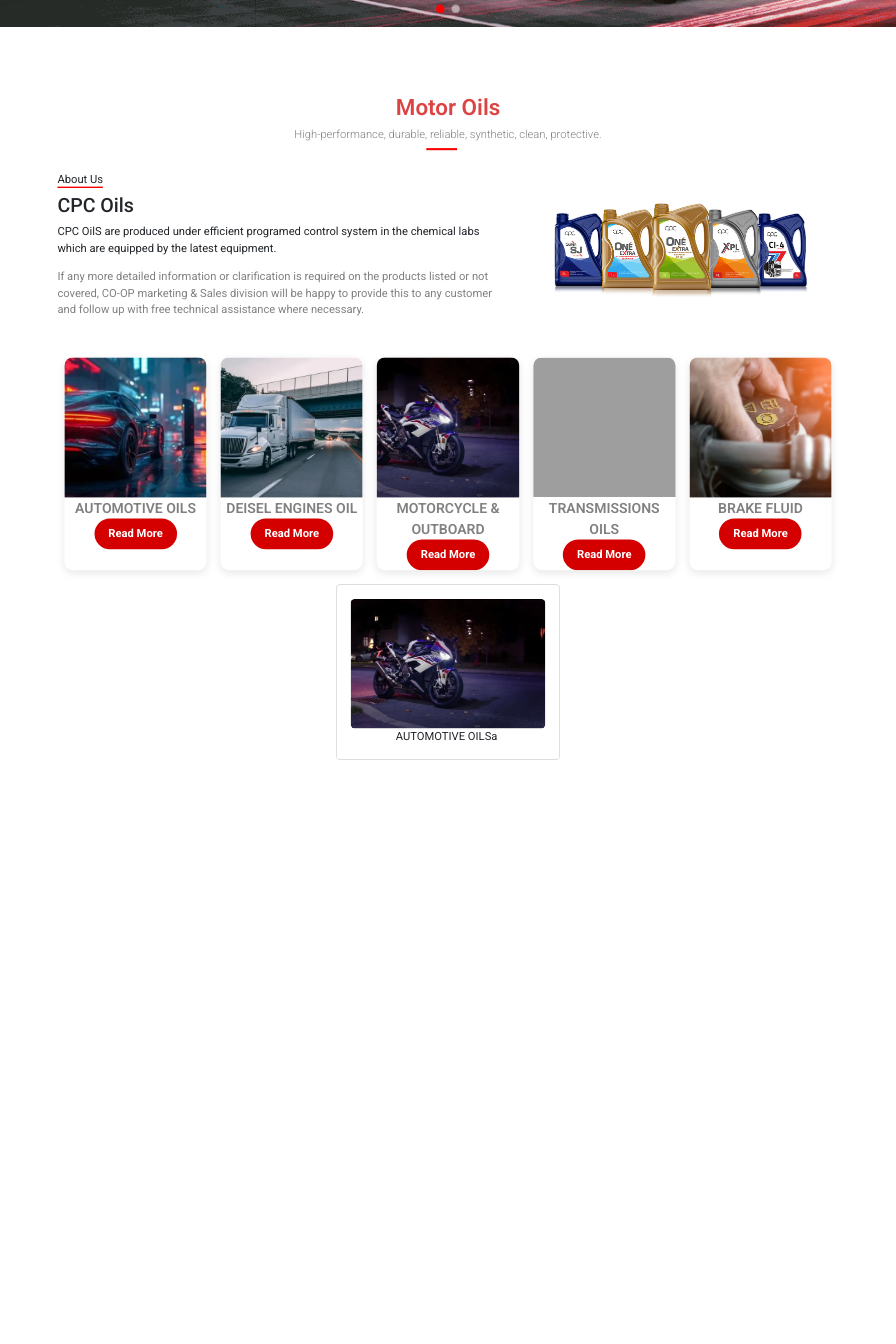
Repository: bodajava/CPC_1
Page: index.html
An editor plug-in stored every save of this project. The page is shown before and after the next save, followed by the edit.
The browser window is 1280 px wide. The pictures show the part of the page from y = 681 to 2601 px (the page is 2880 px tall), at 70% of full size.
Pictures or frames that could not be fetched are drawn as grey boxes. Some web libraries are served in a nearby version.

Above is the page before, as saved 2025-07-07 23:32:19.

### index.html
<!DOCTYPE html>
<html lang="en">
  <head>
    <link rel="preconnect" href="https://fonts.googleapis.com" />
    <link rel="preconnect" href="https://fonts.gstatic.com" crossorigin />
    <link
      href="https://fonts.googleapis.com/css2?family=Roboto:ital,wght@0,100..900;1,100..900&display=swap"
      rel="stylesheet"
    />
    <link rel="stylesheet" href="css/style.css" />
    <link
      rel="stylesheet"
      href="node_modules/@fortawesome/fontawesome-free/css/all.min.css"
    />
    <link
      rel="stylesheet"
      href="node_modules/bootstrap/dist/css/bootstrap.min.css"
    />
    <meta charset="UTF-8" />
    <meta name="viewport" content="width=device-width, initial-scale=1.0" />
    <title>Document</title>
  </head>
  <body>
    <section id="Home" class="Home">
      <header>
        <!-- ============================header section================================== -->
        <div class="header-img">
          <div class="bg-slide"></div>

          <button id="prev" class="slider-arrow left">
            <i class="fas fa-chevron-left"></i>
          </button>
          <button id="next" class="slider-arrow right">
            <i class="fas fa-chevron-right"></i>
          </button>

          <div class="slider-dots">
            <span class="dot active" data-index="0"></span>
            <span class="dot" data-index="1"></span>
          </div>
        </div>
        <div class="slider-icon"></div>
      </header>

      <!-- =================================Home section======================================== -->
      <nav
        style="background-color: #00000091 !important"
        id="mainNavbar"
        class="navbar navbar-expand-lg bg-body-tertiary rounded-start-5 rounded-end-5"
      >
        <div class="container">
          <a class="navbar-brand" href="#">
            <img class="w-75 pe-5" src="img/logo.png" alt="" />
          </a>
          <button
            class="navbar-toggler"
            type="button"
            data-bs-toggle="collapse"
            data-bs-target="#navbarSupportedContent"
            aria-controls="navbarSupportedContent"
            aria-expanded="false"
            aria-label="Toggle navigation"
          >
            <span style="color: red !important" class="navbar-toggler-icon"
              ><i class=""></i
            ></span>
          </button>
          <div class="collapse navbar-collapse" id="navbarSupportedContent">
            <ul
              id="color-url"
              class="navbar-nav ml-auto mb-2 mb-lg-0 custom-nav"
            >
              <li class="nav-item">
                <a class="nav-link active me-2" href="#">Home</a>
              </li>

              <li class="nav-item">
                <a class="nav-link me-2" href="#Motor-Oils">Motor Oils</a>
              </li>
              <li class="nav-item">
                <a class="nav-link me-2" href="#">Industrial Lubricants</a>
              </li>
              <li class="nav-item">
                <a class="nav-link me-2" href="#">Chemicals</a>
              </li>
              <li class="nav-item">
                <a class="nav-link me-2" href="#">Bunkerings</a>
              </li>
              <li class="nav-item">
                <a class="nav-link me-2" href="#">Wayak</a>
              </li>

              <li class="nav-item">
                <a class="nav-link" href="#">About Us</a>
              </li>
              <li class="nav-item">
                <a class="nav-link me-2" href="#">Fuel Stations</a>
              </li>
            </ul>
          </div>
        </div>
      </nav>
    </section>

    <section class="pt-5" id="Motor-Oils">
      <div class="container">
        <div class="fonts">
          <div class="text-center pt-5 etxt foooont">
            <h2 class="h1-fonts">Motor Oils</h2>
            <p class="undeline_text text">
              High-performance, durable, reliable, synthetic, clean, protective.
            </p>
          </div>
        </div>

        <div class="row align-items-center mt-4">
          <!-- النص -->
          <div class="col-md-7">
            <div class="about-info">
              <div class="section-titel">
                <p class="mb-2 undeline_text-2">About Us</p>
                <h3 class="paragraoh">CPC Oils</h3>
              </div>
              <p class="paragraoh">
                CPC OilS are produced under efficient programed control system
                in the chemical labs which are equipped by the latest equipment.
              </p>
              <p style="color: gray" class="paragraoh">
                If any more detailed information or clarification is required on
                the products listed or not covered, CO-OP marketing & Sales
                division will be happy to provide this to any customer and
                follow up with free technical assistance where necessary.
              </p>
            </div>
          </div>

          <!-- الصورة -->
          <div class="col-md-5 text-center">
            <img
              class="w-100"
              src="img/1718957243_motor-oils.jpg"
              alt="Motor Oils"
            />
          </div>

          <div class="card-wrapper">
            <!-- Card 1 -->
            <div class="custom-card">
              <img
                src="img/electric-sports-car-charging-at-night-in-the-rain-photo.webp"
                alt="Chiropratic Therapy"
                class="card-img"
              />
              <div class="card-body">
                <p style="color: gray" class="card-title">AUTOMOTIVE OILS</p>

                <a href="#" class="card-btn">Read More</a>
              </div>
            </div>

            <div class="custom-card">
              <img
                src="img/18-wheeler-truck-on-road-at-night.webp"
                alt="Chiropratic Therapy"
                class="card-img"
              />
              <div class="card-body">
                <p style="color: gray" class="card-title">DEISEL ENGINES OIL</p>

                <a href="#" class="card-btn">Read More</a>
              </div>
            </div>

            <div class="custom-card">
              <img
                src="img/wp12411162.webp"
                alt="Chiropratic Therapy"
                class="card-img"
              />
              <div class="card-body">
                <p style="color: gray" class="card-title">
                  MOTORCYCLE & OUTBOARD
                </p>

                <a href="#" class="card-btn">Read More</a>
              </div>
            </div>

            <div class="custom-card">
              <img
                src="img/automatic-car-transmission-new-modern-52225670.webp"
                alt="Chiropratic Therapy"
                class="card-img"
              />
              <div class="card-body">
                <p style="color: gray" class="card-title">TRANSMISSIONS OILS</p>

                <a href="#" class="card-btn">Read More</a>
              </div>
            </div>

            <div class="custom-card">
              <img
                src="img/Screenshot_4[6].webp"
                alt="Chiropratic Therapy"
                class="card-img"
              />
              <div class="card-body">
                <p style="color: gray" class="card-title">BRAKE FLUID</p>

                <a href="#" class="card-btn">Read More</a>
              </div>
            </div>

            <div class="card">
              <img class="w-100 rounded-2" src="img/wp12411162.webp" alt="" />

              <div class="footer text-center">AUTOMOTIVE OILSa</div>
            </div>
          </div>
        </div>
      </div>
    </section>

    <script src="js/index.js"></script>
    <script src="node_modules/bootstrap/dist/js/bootstrap.bundle.js"></script>
  </body>
</html>

### css/style.css
/* ========== Reset ========== */
* {
  padding: 0;
  margin: 0;
  box-sizing: border-box;
  font-family: Roboto, -apple-system, BlinkMacSystemFont, "Segoe UI",
    "Helvetica Neue", Arial, sans-serif, "Apple Color Emoji", "Segoe UI Emoji",
    "Segoe UI Symbol";
}
body {
  height: 400vh;
}

html {
  scroll-behavior: smooth;
}

/* ========== Header Image Section ========== */
.header-img {
  height: 100vh;
  position: relative;
  overflow: hidden;
  z-index: 1;
}

/* عنصر داخلي لتغيير الخلفية تدريجيًا */
.bg-slide {
  position: absolute;
  top: 0;
  left: 0;
  width: 100%;
  height: 100%;
  background-size: cover;
  background-position: center;
  background-repeat: no-repeat;
  transition: opacity 0.8s ease-in-out;
  opacity: 1;
  z-index: 0;
}

/* ========== Navbar ========== */
#mainNavbar {
  position: fixed;
  top: 0;
  left: 0;
  width: 100%;
  z-index: 10;
  transition: background-color 0.5s ease-in-out;
}

#color-url li a {
  color: white !important;
  font-size: 15px;
  line-height: 27px;
  font-weight: 400;
  font-family: var(--font-family);
}

.ml-auto {
  margin-left: auto !important;
}

/* تأثير hover و active */
#color-url .nav-link {
  color: white !important;
  border: 2px solid transparent;
  border-radius: 30px;
  transition: all 0.3s ease;
}

#color-url .nav-link:hover,
#color-url .nav-link.active {
  border: 2px solid #ff0000a5 !important;
  color: #ff0000c3 !important;
}

/* Navbar Toggler Button */
.navbar-toggler {
  border: none;
  background: transparent;
  width: 50px;
  height: 50px;
  display: flex;
  align-items: center;
  justify-content: center;
  border-radius: 50%;
  transition: all 0.3s ease;
}

/* Responsive Navbar */
@media (max-width: 991.98px) {
  #color-url .nav-link {
    display: block;
    width: 100%;
    text-align: center;
    padding: 14px 0 !important;
    border: 2px solid transparent;
    border-radius: 30px;
    color: white !important;
    transition: all 0.3s ease;
  }

  #color-url .nav-link:hover,
  #color-url .nav-link.active {
    border: 2px solid #e92020 !important;
    color: #d51c1c !important;
    background-color: rgba(233, 32, 32, 0.1);
  }

  .custom-nav .nav-item {
    border-bottom: 1px solid rgba(255, 255, 255, 0.08);
  }

  .custom-nav .nav-item:last-child {
    border-bottom: none;
  }
}

/* ========== Slider Arrows ========== */
.slider-arrow {
  position: absolute;
  top: 50%;
  transform: translateY(-50%);
  background: rgba(255, 255, 255, 0.6);
  border: none;
  font-size: 25px;
  color: #333;
  width: 45px;
  height: 45px;
  display: flex;
  align-items: center;
  justify-content: center;
  cursor: pointer;
  z-index: 2;
  border-radius: 50%;
  box-shadow: 0 4px 6px rgba(0, 0, 0, 0.2);
  transition: 0.3s;
}

.slider-arrow:hover {
  background: rgba(255, 255, 255, 0.8);
}

.slider-arrow.left {
  left: 20px;
}

.slider-arrow.right {
  right: 20px;
}

/* ========== Slider Dots ========== */
.slider-dots {
  position: absolute;
  bottom: 20px;
  left: 50%;
  transform: translateX(-50%);
  display: flex;
  gap: 10px;
  z-index: 2;
}

.dot {
  width: 12px;
  height: 12px;
  background-color: #fff;
  border-radius: 50%;
  opacity: 0.5;
  cursor: pointer;
  transition: 0.3s;
}

.dot.active {
  opacity: 1;
  background-color: red;
}

/* ================== Search Section Styling ================== */

.form-select {
  max-width: 600px;
  padding: 12px 20px;
  border-radius: 30px;
  border: 1px solid #ccc;
  font-size: 16px;
  font-family: "Roboto", sans-serif;
  background-color: white;
  color: #333;
  box-shadow: 0 4px 10px rgba(0, 0, 0, 0.1);
  transition: border-color 0.3s ease, box-shadow 0.3s ease;
  appearance: none;
  background-image: url("data:[embedded picture, 312 characters]");
  background-repeat: no-repeat;
  background-position: right 1.5rem center;
  background-size: 12px;
}

/* Hover & Focus */
.form-select:focus {
  border-color: #e92020;
  box-shadow: 0 0 0 3px rgba(233, 32, 32, 0.2);
  outline: none;
}

.h1-fonts {
  font-weight: 600 !important;
  color: #d51c1cd2;
  font-family: var(--font-family);
}

.undeline_text {
  position: relative;
  display: inline-block;
}

.undeline_text::after {
  content: "";
  position: absolute;
  left: 43%;
  bottom: -10px;
  width: 10%;
  height: 3px;
  background-color: #ff0000;
  display: flex;
}

.text {
  font-weight: 340;
  color: gray;
  font-family: var(--font-family);
}

.undeline_text-2 {
  position: relative;
  display: inline-block;
}

.undeline_text-2::after {
  content: "";
  position: absolute;
  left: 0;
  bottom: 0;
  width: 100%;
  height: 2px;
  background-color: #ff0000;
  display: flex;
}

.paragraoh {
  font-family: var(--font-family);
}

.card-container {
  display: flex;
  justify-content: center;
  align-items: center;
  padding: 40px 20px;
}

/* The card itself */
.custom-card {
  max-width: 350px;
  background-color: #ffffff;
  border-radius: 15px;
  overflow: hidden;
  box-shadow: 0 5px 20px rgba(0, 0, 0, 0.1);
  transition: 0.3s ease-in-out;
}

.custom-card:hover {
  transform: translateY(-5px);
}

/* Card image */
.card-img {
  width: 100%;
  height: auto;
  display: block;
}

/* Body content */
.card-body {
  padding: 20px;
  text-align: center;
}

.card-title {
  font-size: 1.2rem;
  color: #002244;
  margin-bottom: 10px;
}

.card-text {
  color: #666;
  font-size: 0.95rem;
  line-height: 1.5;
  margin-bottom: 20px;
}

/* Button */
.card-btn {
  display: inline-block;
  background-color: #17c7e0;
  color: white;
  text-decoration: none;
  padding: 10px 25px;
  border-radius: 50px;
  font-weight: bold;
  transition: background-color 0.3s ease;
}

.card-btn:hover {
  background-color: #139db5;
}

.card-wrapper {
  display: flex;
  flex-wrap: wrap;
  gap: 20px;
  justify-content: center;
  padding: 40px 20px;
}

.custom-card {
  background-color: #fff;
  border-radius: 12px;
  box-shadow: 0 4px 12px rgba(0, 0, 0, 0.1);
  overflow: hidden;
  transition: transform 0.3s ease;
  width: calc(20% - 20px); /* 5 cards per row */
  display: flex;
  flex-direction: column;
}

.custom-card:hover {
  transform: translateY(-5px);
}

.card-img {
  width: 100%;
  height: 200px;
  object-fit: cover;
}

.card-body {
  padding: 15px;
  text-align: center;
}

.card-title {
  font-size: 20px;
  font-weight: 600;
  margin-bottom: 10px;
  color: #003049;
}

.card-text {
  font-size: 0.9rem;
  color: #555;
  margin-bottom: 15px;
}

.card-btn {
  background-color: #d40000;
  color: white;
  padding: 10px 20px;
  border-radius: 25px;
  text-decoration: none;
  display: inline-block;
  transition: background-color 0.3s ease;
}

.card-btn:hover {
  background-color: #a70000;
}

@media (max-width: 1200px) {
  .custom-card {
    width: calc(25% - 20px); /* 4 cards per row */
  }
}

@media (max-width: 992px) {
  .custom-card {
    width: calc(33.33% - 20px); /* 3 cards per row */
  }
}

@media (max-width: 768px) {
  .custom-card {
    width: calc(50% - 20px); /* 2 cards per row */
  }
}

@media (max-width: 576px) {
  .custom-card {
    width: 100%; /* 1 card per row */
  }
}
.card {
  width: 320px;
  height: 350px;
  padding: 20px;
  color: white;
  background: transparent;
  border: 2px solid #ff6b00;
  display: flex;
  flex-direction: column;
  cursor: pointer;
  transform-origin: center center;
  transition: all 0.6s cubic-bezier(0.175, 0.885, 0.32, 1.275);
}

.card .main-content {
  flex: 1;
}

.header {
  margin-bottom: 24px;
}

.card .heading {
  font-size: 32px;
  font-weight: 400;
  line-height: 1.2;
}

.card .footer {
  font-weight: 400;
  margin-right: 4px;
}

.card:hover {
  border-radius: 12px;
  background-color: #ff00008f;
  scale: 0.95;
  rotate: 8deg;
  box-shadow: 0px 3px 187.5px 7.5px rgba(255, 107, 0, 0.4);
}

### js/index.js
const images = [
  "img/1739020009_iii%20copy.png",
  "img/1739296959_476190554_122110456322727096_4814193811120753855_n.jpg",
];

let currentIndex = 0;
const bgSlide = document.querySelector(".bg-slide");
const dots = document.querySelectorAll(".dot");

function showImage(index) {
  // Fade out
  bgSlide.style.opacity = 0;

  setTimeout(() => {
    // تغيير الخلفية بعد fade
    bgSlide.style.backgroundImage = `url(${images[index]})`;

    // Fade in
    bgSlide.style.opacity = 1;

    // تحديث النقاط
    dots.forEach((dot) => dot.classList.remove("active"));
    document
      .querySelector(`.dot[data-index="${index}"]`)
      .classList.add("active");
  }, 400);
}

document.getElementById("next").addEventListener("click", () => {
  currentIndex = (currentIndex + 1) % images.length;
  showImage(currentIndex);
});

document.getElementById("prev").addEventListener("click", () => {
  currentIndex = (currentIndex - 1 + images.length) % images.length;
  showImage(currentIndex);
});

dots.forEach((dot) => {
  dot.addEventListener("click", () => {
    currentIndex = parseInt(dot.dataset.index);
    showImage(currentIndex);
  });
});

// Initial load
showImage(currentIndex);

setInterval(() => {
  currentIndex = (currentIndex + 1) % images.length;
  showImage(currentIndex);
}, 5000);

Loaded but not shown: node_modules/@fortawesome/fontawesome-free/css/all.min.css (library); node_modules/bootstrap/dist/css/bootstrap.min.css (library)

After the next save:
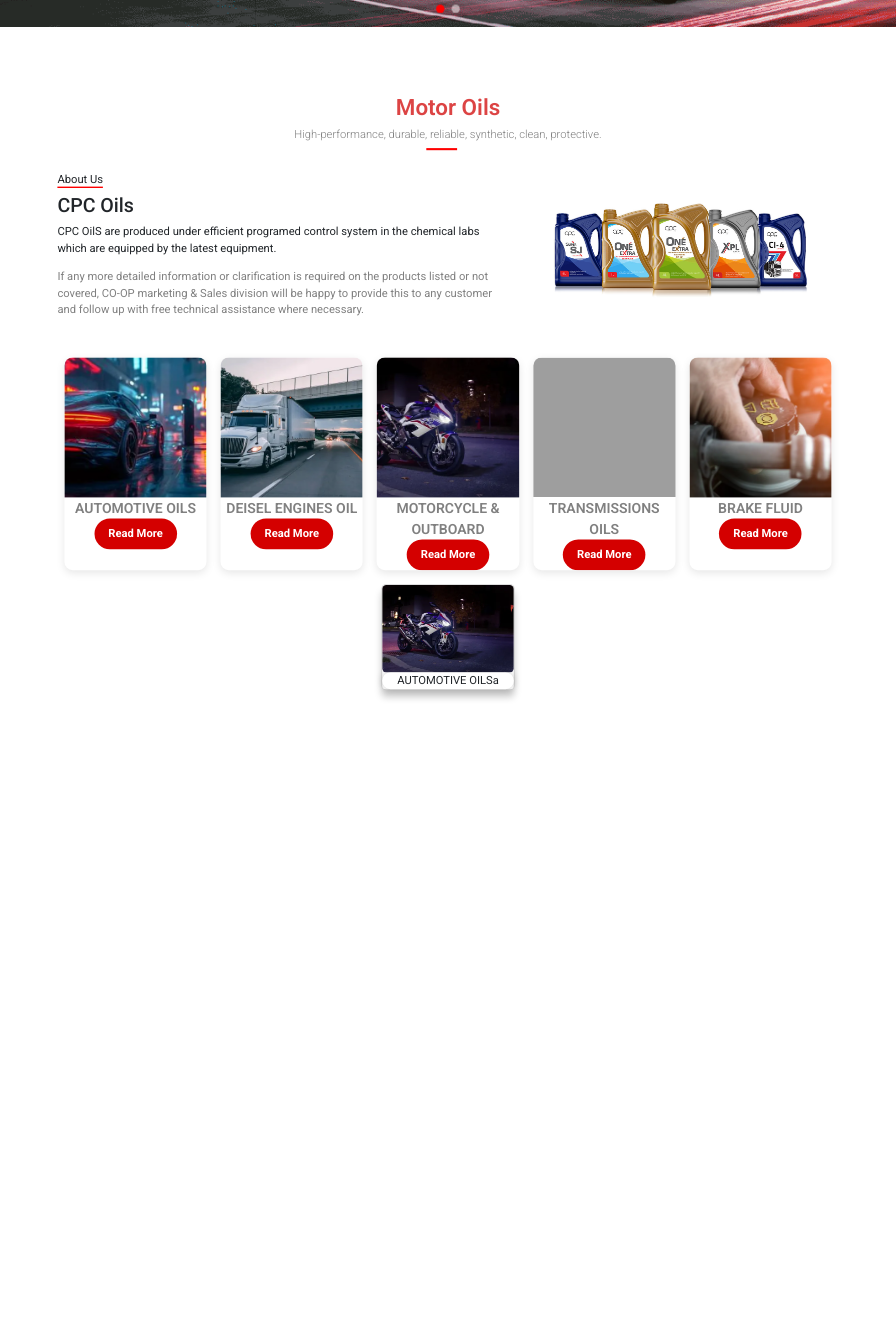
Saved 78 s later.
--- a/css/style.css
+++ b/css/style.css
@@ -398,42 +398,39 @@
   }
 }
 .card {
-  width: 320px;
-  height: 350px;
-  padding: 20px;
-  color: white;
-  background: transparent;
-  border: 2px solid #ff6b00;
-  display: flex;
-  flex-direction: column;
+  width: 190px;
+  height: 254px;
+  box-shadow: 0 10px 10px rgba(0, 0, 0, 0.212);
+  background: #fff;
+  display: flex;
+  border-radius: 20px;
+  justify-content: center;
+  position: relative;
+  transition: all 0.4s;
+}
+
+.card::before {
+  content: "---content---";
+  letter-spacing: 0.2em;
+  position: absolute;
+  bottom: 8px;
+  left: 20px;
+  color: rgb(51, 51, 51);
+  font-size: 0.8em;
+  font-weight: 700;
+}
+
+.card div {
+  width: 100%;
+  height: 100%;
+  border-radius: 20px;
+  box-shadow: 0 0 10px rgba(0, 0, 0, 0.212);
   cursor: pointer;
-  transform-origin: center center;
-  transition: all 0.6s cubic-bezier(0.175, 0.885, 0.32, 1.275);
-}
-
-.card .main-content {
-  flex: 1;
-}
-
-.header {
-  margin-bottom: 24px;
-}
-
-.card .heading {
-  font-size: 32px;
-  font-weight: 400;
-  line-height: 1.2;
-}
-
-.card .footer {
-  font-weight: 400;
-  margin-right: 4px;
-}
-
-.card:hover {
-  border-radius: 12px;
-  background-color: #ff00008f;
-  scale: 0.95;
-  rotate: 8deg;
-  box-shadow: 0px 3px 187.5px 7.5px rgba(255, 107, 0, 0.4);
-}
+  z-index: 10;
+  transition: all 0.4s;
+  background-color: #fff;
+}
+
+.card:hover div {
+  transform: translateY(-30px);
+}
